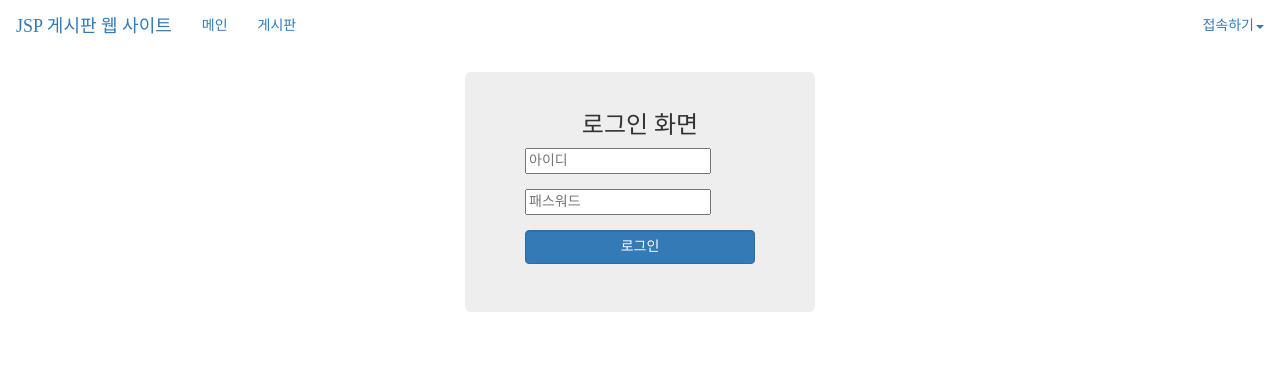
Repository: LeeJaeweon/Project
Page: http://localhost/BBS/login.jsp
An editor plug-in stored every save of this project. The page is shown before and after the next save, followed by the edit.
The browser window is 1280 px wide. The pictures show the whole page.
Some web fonts or font styles are not loaded; a fallback is used. Some web libraries are served in a nearby version. The page is served by Tomcat 9.

Above is the page before, as saved 2023-06-13 05:45:15.

After the next save:
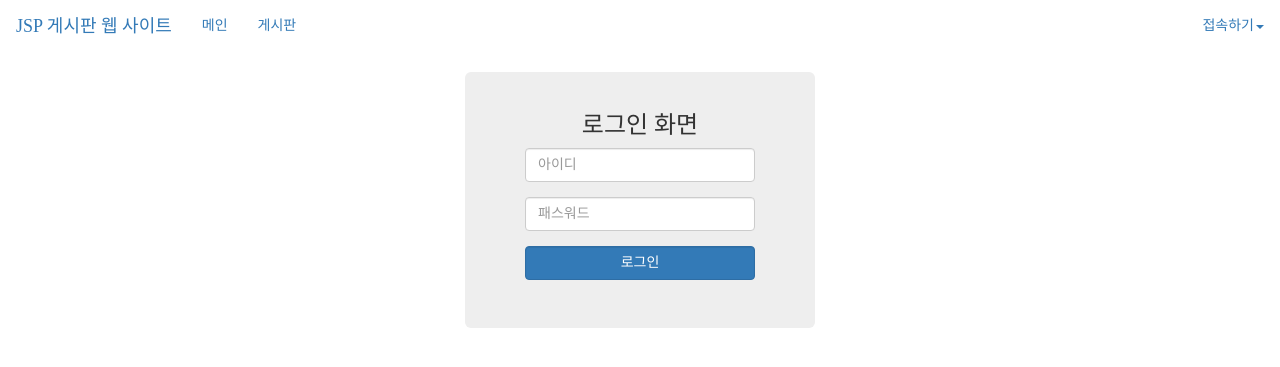
Saved 24 s later.
--- a/BBS/src/main/webapp/login.jsp
+++ b/BBS/src/main/webapp/login.jsp
@@ -32,8 +32,8 @@
 						data-toggle="dropdown" role="button" aria-haspopup="true"
 						aria-expanded="false">접속하기<span class="caret"></span></a>
 					<ul class="dropdown-menu">
-						<li class="active"><a href="login.jsp">로그인</a></li>
-						<li><a href="join.jsp">회원가입</a></li>
+						<li><a href="login.jsp">로그인</a></li>
+						<li class="active"><a href="join.jsp">회원가입</a></li>
 					</ul>
 				</li>
 			</ul>
@@ -46,10 +46,10 @@
 				<form method="post" action="loginAction.jsp">
 					<h3 style="text-align: center;">로그인 화면</h3>
 					<div class="form-group">
-						<input type="text" class="from-control" placeholder="아이디" name="userID" maxlength="20">
+						<input type="text" class="form-control" placeholder="아이디" name="userID" maxlength="20">
 					</div>
 					<div class="form-group">
-						<input type="password" class="from-control" placeholder="패스워드" name="userPassword" maxlength="20">
+						<input type="password" class="form-control" placeholder="패스워드" name="userPassword" maxlength="20">
 					</div>
 					<input type="submit" class="btn btn-primary form-control" value="로그인">
 				</form>
